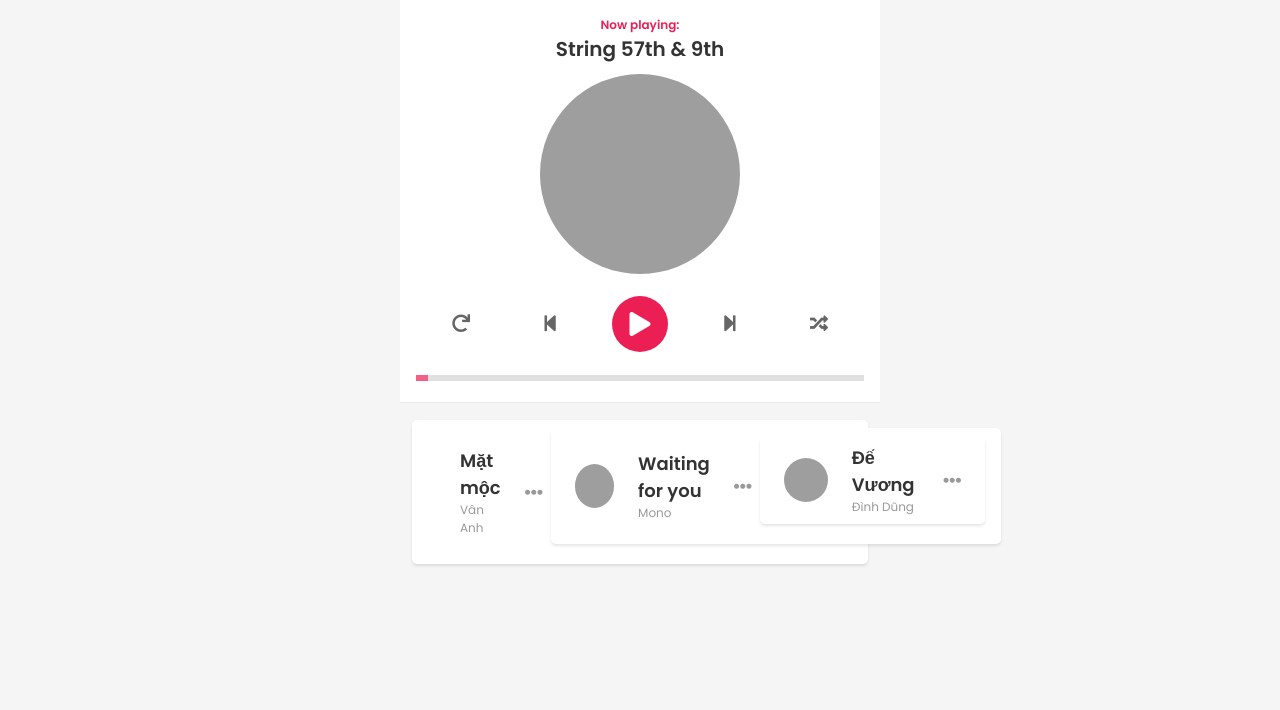
Repository: Tbs-Giang-Luong/app_music_ver1
Page: index.html
These files come from the project's save history. The page is drawn as it stood at one moment and after the next save; the edit follows.
The browser window is 1280 px wide. The pictures show the whole page.
Pictures or frames that could not be fetched are drawn as grey boxes.

Above is the page before, as saved 2022-10-20 00:18:46.

After the next save:
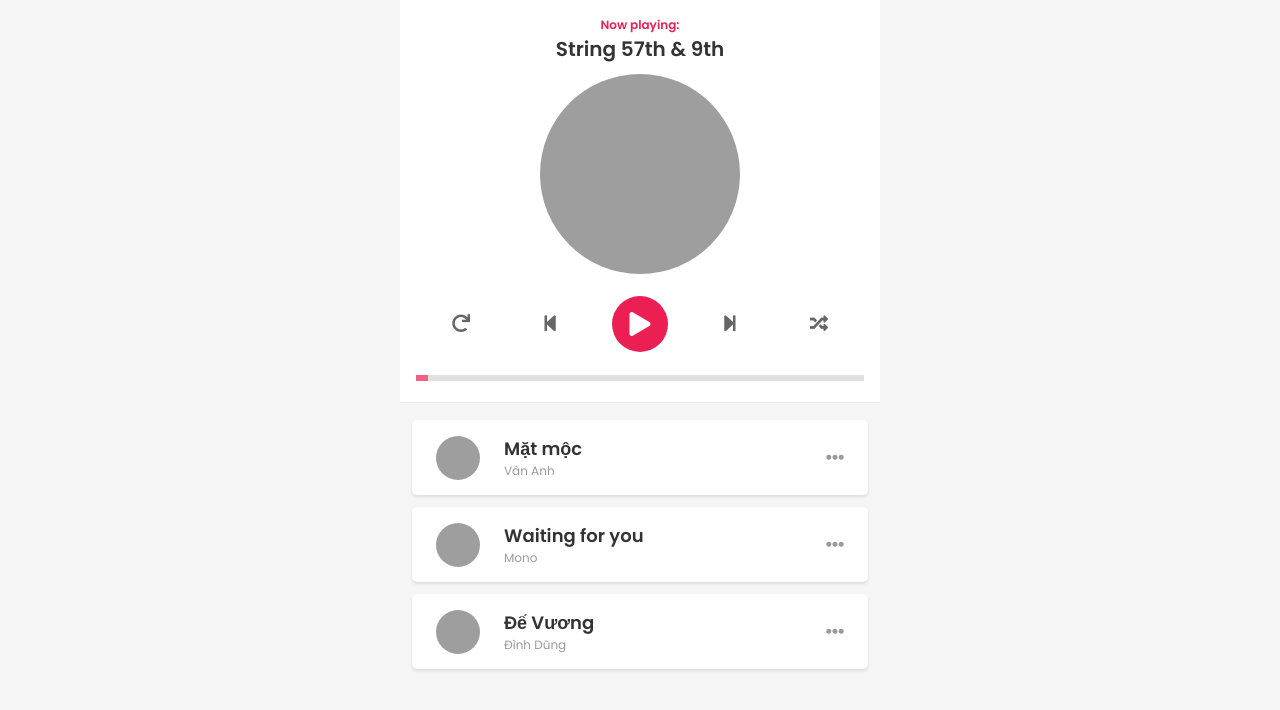
Saved 22 s later.
--- a/main.js
+++ b/main.js
@@ -39,7 +39,8 @@ const app = {
           </div>
           <div class="option">
             <i class="fas fa-ellipsis-h"></i>
-        </div>
+          </div>
+      </div>
       `;
     });
     playlist.innerHTML = htmls.join("")
